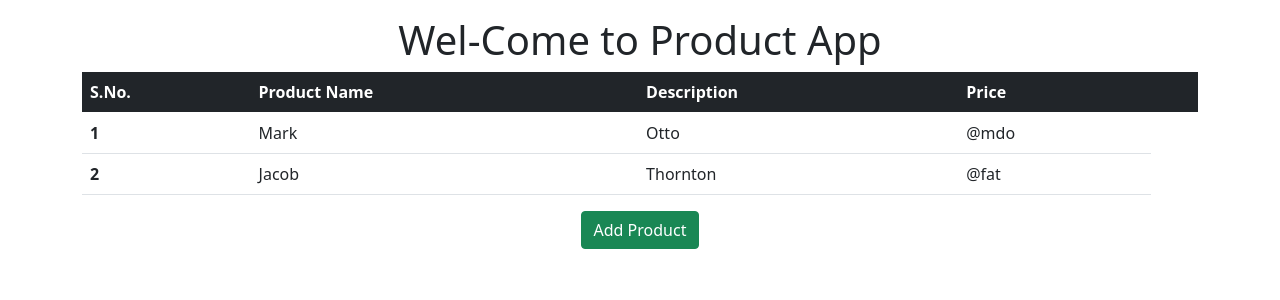
Repository: Hits-95/Spring
Page: http://localhost/Product/WEB-INF/views/index.jsp
The author's editor kept a copy of each file at every save. The page is drawn from the files as they stood at one save, then again after the next save.
The browser window is 1280 px wide. The pictures show the whole page.
The page is served by Tomcat 9. Nobody is signed in. Other server files are loaded and not shown. The template is opened directly, without the code that normally fills it, so the values that code supplies are empty.

Above is the page before, as saved 2021-04-14 04:17:54.

### Product/src/main/webapp/WEB-INF/views/index.jsp
<%@ page language="java" contentType="text/html; charset=ISO-8859-1"
	pageEncoding="ISO-8859-1"%>
<%@include file="links.jsp"%>
<%@ taglib prefix="c" uri="http://java.sun.com/jsp/jstl/core"%>
<!DOCTYPE html PUBLIC "-//W3C//DTD HTML 4.01 Transitional//EN" "http://www.w3.org/TR/html4/loose.dtd">
<html>
<head>
<meta http-equiv="Content-Type" content="text/html; charset=ISO-8859-1">

</head>
<body>
	<div class="container mt-3">
		<div class="row">
			<div class="col-md-12">
				<h1 class="text-center">Wel-Come to Product App</h1>
				<table class="table ">
					<thead>
						<tr class="table-dark">
							<th scope="col">S.No.</th>
							<th scope="col">Product Name</th>
							<th scope="col">Description</th>
							<th scope="col">Price</th>
							<th></th>
						</tr>
					</thead>
					<tbody>
						<tr>
							<th scope="row">1</th>
							<td>Mark</td>
							<td>Otto</td>
							<td>@mdo</td>
						</tr>
						<tr>
							<th scope="row">2</th>
							<td>Jacob</td>
							<td>Thornton</td>
							<td>@fat</td>
						</tr>

					</tbody>
				</table>
			</div>
			<div class = "container text-center">
				<a href="sadd-product" class = "btn btn-success"> Add Product</a>
			</div>
		</div>
	</div>
</body>
</html>

### Product/src/main/webapp/WEB-INF/views/links.jsp
<%@page isELIgnored="false"%>
<%@ taglib prefix="c" uri="http://java.sun.com/jsp/jstl/core"%>

<!doctype html>
<html lang="en">
<head>
<!-- Required meta tags -->
<meta charset="utf-8">
<meta name="viewport" content="width=device-width, initial-scale=1">

<!-- Bootstrap CSS -->
<link
	href="https://cdn.jsdelivr.net/npm/bootstrap@5.0.0-beta3/dist/css/bootstrap.min.css"
	rel="stylesheet"
	integrity="sha384-eOJMYsd53ii+scO/bJGFsiCZc+5NDVN2yr8+0RDqr0Ql0h+rP48ckxlpbzKgwra6"
	crossorigin="anonymous">

<title><c:out value="${title }">Product-App</c:out></title>
</head>
<body>


	<!-- Optional JavaScript; choose one of the two! -->

	<!-- Option 1: Bootstrap Bundle with Popper -->
	<script
		src="https://cdn.jsdelivr.net/npm/bootstrap@5.0.0-beta3/dist/js/bootstrap.bundle.min.js"
		integrity="sha384-JEW9xMcG8R+pH31jmWH6WWP0WintQrMb4s7ZOdauHnUtxwoG2vI5DkLtS3qm9Ekf"
		crossorigin="anonymous"></script>

	<!-- Option 2: Separate Popper and Bootstrap JS -->
	<!--
    <script src="https://cdn.jsdelivr.net/npm/@popperjs/core@2.9.1/dist/umd/popper.min.js" integrity="sha384-SR1sx49pcuLnqZUnnPwx6FCym0wLsk5JZuNx2bPPENzswTNFaQU1RDvt3wT4gWFG" crossorigin="anonymous"></script>
    <script src="https://cdn.jsdelivr.net/npm/bootstrap@5.0.0-beta3/dist/js/bootstrap.min.js" integrity="sha384-j0CNLUeiqtyaRmlzUHCPZ+Gy5fQu0dQ6eZ/xAww941Ai1SxSY+0EQqNXNE6DZiVc" crossorigin="anonymous"></script>
    -->
</body>
</html>

After the next save:
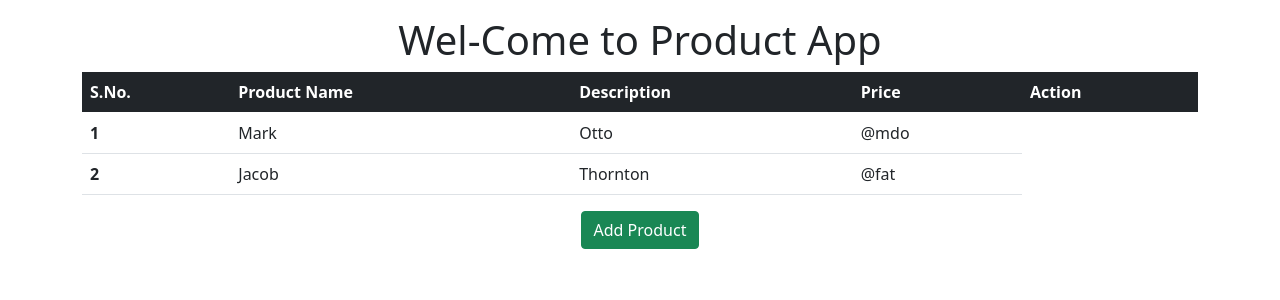
Saved 16 s later.
--- a/Product/src/main/webapp/WEB-INF/views/index.jsp
+++ b/Product/src/main/webapp/WEB-INF/views/index.jsp
@@ -20,7 +20,7 @@
 							<th scope="col">Product Name</th>
 							<th scope="col">Description</th>
 							<th scope="col">Price</th>
-							<th></th>
+							<th scope="col">Action</th>
 						</tr>
 					</thead>
 					<tbody>
